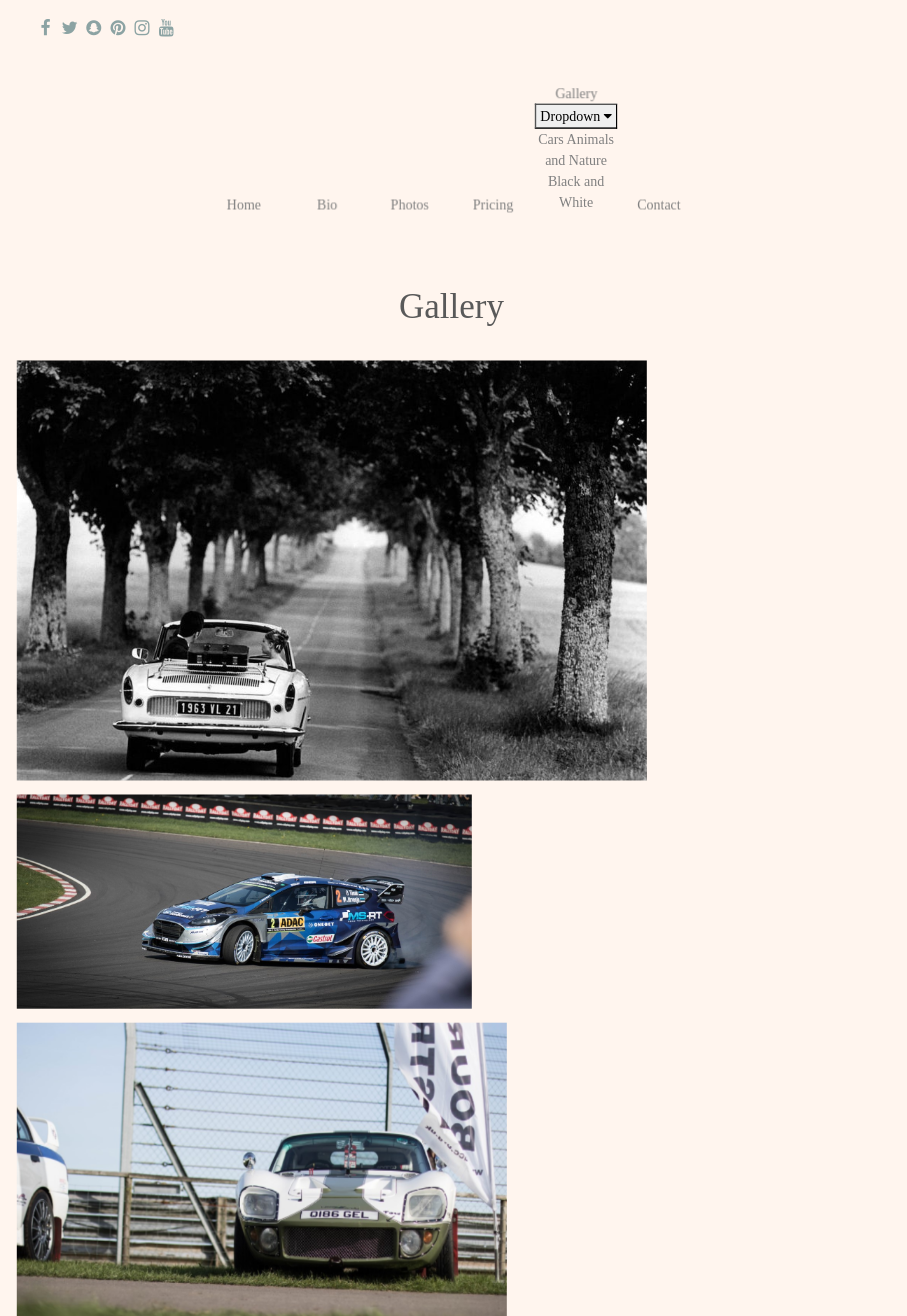
Repository: elizabeth24602/LoaderMedia
Page: cars.html
The author's editor kept a record of every edit. The page is drawn from the files as they stood at one moment, then again after the next edit.
The browser window is 1280 px wide. The page is 1295 px wide, so the pictures cover 1295 px, including what lies to the right of the window. The pictures show the part of the page from y = 0 to 1880 px (the page is 5952 px tall before and 5954 px after), at 70% of full size.
Some web fonts or font styles are not loaded; a fallback is used.

Above is the page before.
Console error: TypeError: Cannot read properties of null (reading 'textContent')
Not found: Assests/images/

### cars.html
<!DOCTYPE html>
<html lang="en">
<head>
    <meta charset="UTF-8">
    <meta name="viewport" content="width=device-width, initial-scale=1.0">
    <meta http-equiv="X-UA-Compatible" content="ie=edge">

    <link rel="stylesheet" href="static/css/bootstrap.min.css" type="text/css" />
    <link rel="stylesheet" href="static/css/dc.min.css" type="text/css" />



    <link rel="stylesheet" href="https://stackpath.bootstrapcdn.com/bootstrap/4.3.1/css/bootstrap.min.css" type="text/css" />
    <link rel="stylesheet" href="https://stackpath.bootstrapcdn.com/font-awesome/4.7.0/css/font-awesome.min.css" type="text/css" />
    <link href="https://fonts.googleapis.com/css?family=Lacquer&display=swap" rel="stylesheet">
    <link href="https://fonts.googleapis.com/css?family=Beth+Ellen&display=swap" rel="stylesheet">
    <link rel="stylesheet" href="https://cdnjs.cloudflare.com/ajax/libs/hover.css/2.3.1/css/hover-min.css" type="text/css" />
    <link rel="stylesheet" href="Assests/images/" type="text/css" />
    <link rel="stylesheet" href="Assests/css/style.css" type="text/css" />

    <title>Loader Media</title>

     <script type="text/javascript" src="static/js/d3.min.js"></script>
    <script type="text/javascript" src="static/js/crossfilter.min.js"></script>
    <script type="text/javascript" src="static/js/dc.min.js"></script>
    <script type="text/javascript" src="static/js/queue.min.js"></script>
    <script type="text/javascript" src="static/js/graph.js"></script>

</head>
<body>
     <header class="container-fluid">
        <div id="social-links" class="row">
        <div class="col-sm-4">
                <ul class="list-inline social-links">
                    <li class="list-inline-item">
                        <a target="_blank" href="#">
                            <i class="fa fa-facebook" aria-hidden="true"></i>
                            <span class="sr-only">Facebook</span>
                        </a>
                    </li>
                    <li class="list-inline-item">
                        <a target="_blank" href="#">
                            <i class="fa fa-twitter" aria-hidden="true"></i>
                            <span class="sr-only">Twitter</span>
                        </a>
                    </li>
                    <li class="list-inline-item">
                        <a target="_blank" href="#">
                            <i class="fa fa-snapchat" aria-hidden="true"></i>
                            <span class="sr-only">Snapchat</span>
                        </a>
                    </li>
                    <li class="list-inline-item">
                        <a target="_blank" href="#">
                            <i class="fa fa-pinterest" aria-hidden="true"></i>
                            <span class="sr-only">Pinterest</span>
                        </a>
                    </li>
                    <li class="list-inline-item">
                        <a target="_blank" href="#">
                            <i class="fa fa-instagram" aria-hidden="true"></i>
                            <span class="sr-only">Instagram</span>
                        </a>
                    </li>
                    <li class="list-inline-item">
                        <a target="_blank" href="#">
                            <i class="fa fa-youtube" aria-hidden="true"></i>
                            <span class="sr-only">YouTube</span>
                        </a>
                    </li>
                </ul>
            </div>
        </div>
         <div class="row no-gutters">
            <div class="col">
                <ul id="nav" class="list-inline menucontainer">
                    <li class="col-4 col-sm-2 ui-menu-color-home list-inline-item menuitem">
                        <a href="index.html" class="hvr-underline-from-center"><span>Home</span></a>
                    </li>
                    <li class="col-4 col-sm-2 ui-menu-color-bio list-inline-item menuitem">
                        <a href="bio.html" class="hvr-underline-from-center"><span>Bio</span></a>
                    </li>
                     <li class="col-4 col-sm-2 ui-menu-color-photos list-inline-item menuitem">
                        <a href="photos.html" class="hvr-underline-from-center"><span>Photos</span></a>
                    </li>
                    <li class="col-4 col-sm-2 ui-menu-color-pricing list-inline-item menuitem">
                        <a href="pricing.html" class="hvr-underline-from-center"><span>Pricing</span></a>
                    </li>
                    <li class="col-4 col-sm-2 ui-menu-color-gallery list-inline-item menuitem">
                        <a href="gallery.html" class="hvr-underline-from-center"><span>Gallery</span></a>
                        <div class="gallery">
                            <button class="dropbtn">Dropdown
                              <i class="fa fa-caret-down"></i>
                            </button>
                            <div class="dropdown-content">
                                <a href="cars.html">Cars</a>
                                <a href="animals.html">Animals and Nature</a>
                                <a href="bw.html">Black and White</a>
                            </div>
                            </div>
                    </li>
                    <li class="col-4 col-sm-2 ui-menu-color-contact list-inline-item menuitem">
                        <a href="contact.html" class="hvr-underline-from-center"><span>Contact</span></a>
                    </li>
                </ul>
            </div>
        </div>

        <div class="row no-gutters">
            <div class="col headings">
                <h3 class="name3">Gallery</h3>
            </div>
        </div>
    </header>

    <section>

    <div class="row">
  <div class="column">
    <img src="Assests/images/blackandwhite.jpg">
    <img src="Assests/images/bluecar.jpg">
    <img src="Assests/images/whitecar.jpg">
    <img src="Assests/images/oldcars.jpg">
    <img src="Assests/images/bushes.jpg">
    <img src="Assests/images/naturecar.jpg">
  </div>
</div>
       <div class="row">
  <div class="column">
    <img src="Assests/images/bryn.jpg">
    <img src="Assests/images/horses.jpg">
    <img src="Assests/images/nature.jpg">
    <img src="Assests/images/landscape.jpg"></img>
  </div>
</div>

    <div class="row">
  <div class="column">
    <img src="Assests/images/camera.jpg">
    <img src="Assests/images/laptop.jpg">
    <img src="Assests/images/typewriter.jpg">
  </div>
</div>

    </section>

    <footer class="container-fluid bottom">
    <div id="footer-details" class="row">
        <div class="col-sm-12">
            <p class="address">Address</p>
        </div>
    </div>
        <div class="row">
            <div class="col-sm-12">
                <p class="email">......@outlook.co.uk</p>
            </div>
        </div>
        <div class="row">
            <div class="col-sm-12">
                        <ul class="list-inline social-links2 container-fluid">
                    <li class="list-inline-item">
                        <a target="_blank" href="#">
                            <i class="fa fa-facebook" aria-hidden="true"></i>
                            <span class="sr-only">Facebook</span>
                        </a>
                    </li>
                    <li class="list-inline-item">
                        <a target="_blank" href="#">
                            <i class="fa fa-twitter" aria-hidden="true"></i>
                            <span class="sr-only">Twitter</span>
                        </a>
                    </li>
                    <li class="list-inline-item">
                        <a target="_blank" href="#">
                            <i class="fa fa-snapchat" aria-hidden="true"></i>
                            <span class="sr-only">Snapchat</span>
                        </a>
                    </li>
                    <li class="list-inline-item">
                        <a target="_blank" href="#">
                            <i class="fa fa-pinterest" aria-hidden="true"></i>
                            <span class="sr-only">Pinterest</span>
                        </a>
                    </li>
                    <li class="list-inline-item">
                        <a target="_blank" href="#">
                            <i class="fa fa-instagram" aria-hidden="true"></i>
                            <span class="sr-only">Instagram</span>
                        </a>
                    </li>
                    <li class="list-inline-item">
                        <a target="_blank" href="#">
                            <i class="fa fa-youtube" aria-hidden="true"></i>
                            <span class="sr-only">YouTube</span>
                        </a>
                    </li>
                </ul>
            </div>
        </div>
    </footer>

</body>
</html>

### Assests/css/style.css
@import url('https://fonts.googleapis.com/css?family=Lacquer:100,200,300,400,500,600,700|Beth+Ellen:100,200,300,400,500,600,700|Pacifico:100,200,300,400,500,600,700');

/*-------------------------------Website Name */

.name {
    font-family: "Beth+Ellen";
     font-weight: 100;
    font-size: 80px;
    margin-top: 70px;
    text-align: center;
    color: #ffffff;
}

.name3 {
    font-family: "Beth+Ellen";
     font-weight: 60;
    font-size: 50px;
    margin-top: 70px;
    text-align: center;
    color: #595959;
}

/*-------------------------------Background */

body {
  background-color: #fff5ee;
}

/*-------------------------------Social */

.social-links {
    padding-top: 15px;
    padding-bottom: 15px;
}

.social-links li a i {
    width: 30px;
    height: 30px;
    padding: 12px 0;
    border-radius: 20%;
    font-size: 25px;
    line-height: 7px;
    text-align: center;
    color: #8ca3a3;
    background: #fff5ee;
    transition: all 0.35s ease-in-out;
    -moz-transition: all 0.35s ease-in-out;
    -webkit-transition: all 0.35s ease-in-out;
    -o-transition: all 0.35s ease-in-out;
}

/*-------------------------------menu */


.list-inline-item:not(:last-child) {
    margin: 0;
}

.menucontainer {
    font-size: 0;
    margin: auto;
    width: 60%;
    padding: 10px;
}

#nav li {
    font-size: 20px;
    font-family: 'Beth+Ellen';
    padding: 0;
}

.menuitem {
    text-align: center;
    padding: 0;
}

.body {
    text-align: center;
}


.menuitem2 a {
    width: 100%;
    text-decoration: none;
    color: #ffffff;
}

.menuitem a {
    width: 100%;
    text-decoration: none;
    color: #808080;
}

.hvr-underline-from-center:before {
    background-color: #ffffff;
    color: #d3d3d3;
}


.a:hover {
    text-decoration: none;
}

/*-------------------------------Footer */


.bottom {
    background-color: #666633;
    color: #ffffff;
    left: 0;
    bottom: 0;
    width: 100%;
    text-align: center;
}


.address {
    color: #ffffff;
    text-align: center;
    font-family: "Beth+Ellen";
    padding-top: 20px;
    font-size: 20px;
}
.email {
    color: #ffffff;
    text-align: center;
    font-family: "Beth+Ellen";
    padding: 10px;
    font-size: 20px;
}

.social-links2 {
    padding-top: 15px;
    padding-bottom: 15px;
    text-align: center;
}

.social-links2 li a i {
    width: 30px;
    height: 30px;
    padding: 12px 0;
    border-radius: 20%;
    font-size: 25px;
    line-height: 7px;
    text-align: center;
    color: #ffffff;
    transition: all 0.35s ease-in-out;
    -moz-transition: all 0.35s ease-in-out;
    -webkit-transition: all 0.35s ease-in-out;
    -o-transition: all 0.35s ease-in-out;
}

/*-------------------------------Home */

.index {
  background-image: url("../images/bryn.jpg");
  background-color: #fff5ee;
  height: 500px;
  background-position: center;
  background-repeat: no-repeat;
  background-size: cover;
  text-align: center;
}
/*-------------------------------Photos */
.purchased {
    font-family: 'pacifico';
    font-weight: 100;
    font-size: 30px;
    margin-top: 50px;
    text-align: center;
    color: #808080;
}

.gender {
    color: #808080;
    font-family: "Beth+Ellen";
}

.dc-chart rect.bar {
fill: #666633;
}

.gender-balance {
    color: #808080;
}

.info {
    font-family: "pacifico";
    color: #808080;
    text-align: center;
}

.info2 {
    font-family: "pacifico";
    color: #808080;
    text-align: center;
}

.info3 {
    font-family: "pacifico";
    color: #808080;
    text-align: center;
}

.shade {
    color: #ffffff;
    font-family: "Beth+Ellen";
}

/*-------------------------------Gallery */

.row {
  display: flex;
  flex-wrap: wrap;
  padding: 10px;
  margin-left: 10px
}

/* Create two equal columns that sits next to each other */
.column {
  flex: 50%;
  padding: 0 4px;
  margin-bottom: 10px;
}

.column img {
  margin-top: 20px;
  vertical-align: middle;
}

/*-------------------------------contact */

.contact-heading {
    font-family: "Beth+Ellen";
    text-align: center;
    font-weight: 100;
    margin-top: 25px;
    margin-bottom: 20px;
    color: #808080;
}

.text-center {
    font-family: "pacifico";
    text-align: center;
    font-weight: 100;
    margin-top: 25px;
    margin-bottom: 20px;
    color: #808080;
}


.center-form {
    padding-top: 10px;
    margin: 0 auto;
    max-width: 70%;
    font-family: "Beth+Ellen";
}

button[type="submit"] {
    margin-top: 15px;
    margin-bottom: 20px;
    background-color: #666633;
    color: #fafafa;
    font-family: "Beth+Ellen";
}

.chat {
   font-family: "Beth+Ellen";
    font-weight: 100;
    margin-top: 180px;
    margin-bottom: 20px;
    text-align: center;
    color: #595959;
}

.number {
     font-family: "pacifico";
    font-weight: 100;
    margin-top: 125px;
    margin-bottom: 20px;
    text-align: center;
    color: #808080;
}

.laptop {
    display: block;
  margin-left: auto;
  margin-right: auto;
  margin-top: 20px;
  width: 90%;
}

.phone {
  display: block;
  margin-left: auto;
  margin-right: auto;
  margin-top: 20px;
  margin-bottom: 20px;
  width: 90%;
  border-radius: 8px;
}

### static/js/graph.js
queue()
    .defer(d3.csv, "data/Salaries.csv")
    .await(makeGraphs);

function makeGraphs(error, salaryData) {
    var ndx = crossfilter(salaryData);

    salaryData.forEach(function(d){
        d.salary = parseInt(d.salary);
    })

    show_discipline_selector(ndx);
    show_gender_balance(ndx);
    show_average_salary(ndx);
    show_rank_distribution(ndx);

    dc.renderAll();
}

function show_discipline_selector(ndx) {
    var dim = ndx.dimension(dc.pluck('discipline'));
    var group = dim.group();

    dc.selectMenu("#discipline-selector")
        .dimension(dim)
        .group(group);
}


function show_gender_balance(ndx) {
    var dim = ndx.dimension(dc.pluck('sex'));
    var group = dim.group();

    dc.barChart("#gender-balance")
        .width(400)
        .height(300)
        .margins({top: 10, right: 50, bottom: 30, left: 50})
        .dimension(dim)
        .group(group)
        .transitionDuration(500)
        .x(d3.scale.ordinal())
        .xUnits(dc.units.ordinal)
        .xAxisLabel("Gender")
        .yAxis().ticks(20);
}


function show_average_salary(ndx) {
    var dim = ndx.dimension(dc.pluck('sex'));

    function add_item(p, v) {
        p.count++;
        p.total += v.salary;
        p.average = p.total / p.count;
        return p;
    }

    function remove_item(p, v) {
        p.count--;
        if(p.count == 0) {
            p.total = 0;
            p.average = 0;
        } else {
            p.total -= v.salary;
            p.average = p.total / p.count;
        }
        return p;
    }

    function initialise() {
        return {count: 0, total: 0, average: 0};
    }

    var averageSalaryByGender = dim.group().reduce(add_item, remove_item, initialise);

    dc.barChart("#average-salary")
        .width(400)
        .height(300)
        .margins({top: 10, right: 50, bottom: 30, left: 50})
        .dimension(dim)
        .group(averageSalaryByGender)
        .valueAccessor(function(d){
            return d.value.average.toFixed(2);
        })
        .transitionDuration(500)
        .x(d3.scale.ordinal())
        .xUnits(dc.units.ordinal)
        .elasticY(true)
        .xAxisLabel("Shade")
        .yAxis().ticks(10);
}


function show_rank_distribution(ndx) {

    function rankByGender(dimension, rank) {
        return dimension.group().reduce(
            function (p, v) {
                p.total++;
                if(v.rank == rank) {
                    p.match++;
                }
                return p;
            },
            function (p, v) {
                p.total--;
                if(v.rank == rank) {
                    p.match--;
                }
                return p;
            },
            function () {
                return {total: 0, match: 0};
            }
        );
    }

    var dim = ndx.dimension(dc.pluck("sex"));
    var profByGender = rankByGender(dim, "Motor Vehicles");
    var asstProfByGender = rankByGender(dim, "Animals");
    var assocProfByGender = rankByGender(dim, "Landscapes");

    dc.barChart("#rank-distribution")
        .width(400)
        .height(300)
        .dimension(dim)
        .group(profByGender, "Motors")
        .stack(asstProfByGender, "Animals")
        .stack(assocProfByGender, "Landscapes")
        .valueAccessor(function(d) {
            if(d.value.total > 0) {
                return (d.value.match / d.value.total) * 100;
            } else {
                return 0;
            }
        })
        .x(d3.scale.ordinal())
        .xUnits(dc.units.ordinal)
        .legend(dc.legend().x(320).y(20).itemHeight(15).gap(5))
        .margins({top: 10, right: 100, bottom: 30, left: 30});
}

Loaded but not shown: static/css/bootstrap.min.css (library); static/css/dc.min.css (library); static/js/d3.min.js (library); static/js/crossfilter.min.js (library); static/js/dc.min.js (library); static/js/queue.min.js (common file)

After the next edit:
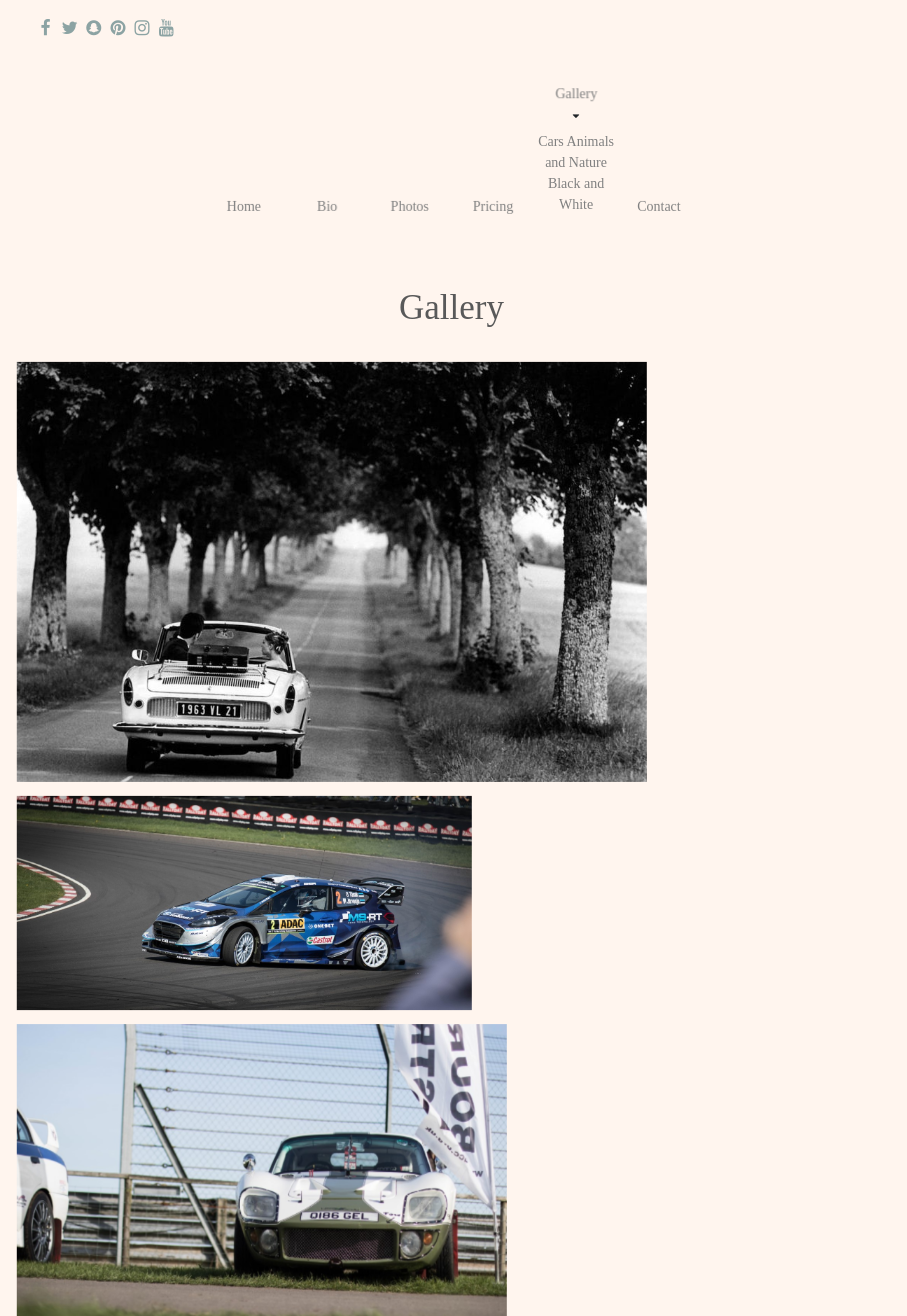
The edit:
--- a/cars.html
+++ b/cars.html
@@ -89,7 +89,7 @@
                     <li class="col-4 col-sm-2 ui-menu-color-gallery list-inline-item menuitem">
                         <a href="gallery.html" class="hvr-underline-from-center"><span>Gallery</span></a>
                         <div class="gallery">
-                            <button class="dropbtn">Dropdown
+                            <button class="btn">
                               <i class="fa fa-caret-down"></i>
                             </button>
                             <div class="dropdown-content">
